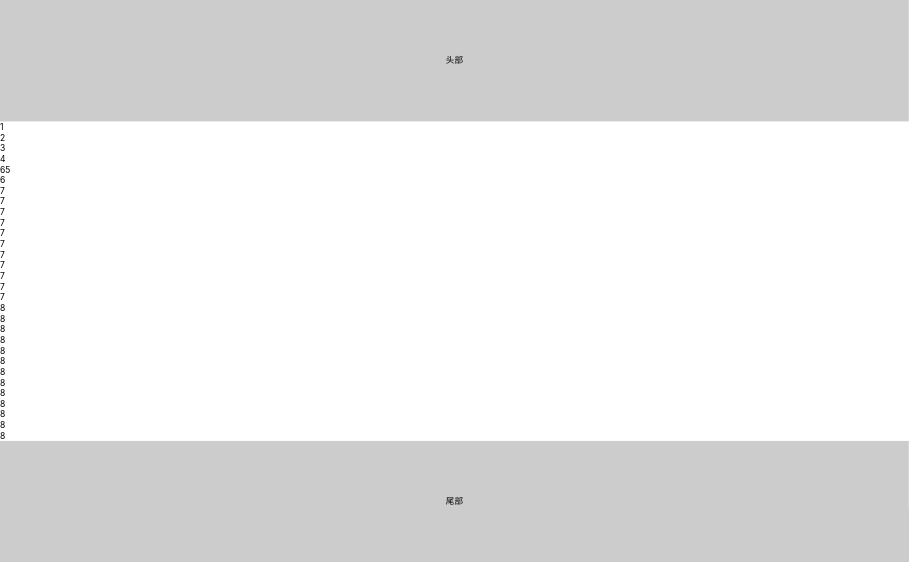
Repository: zjb17395046959/h5-
Page: index.html
The author's editor kept a copy of each file at every save. The page is drawn from the files as they stood at one save, then again after a run of saves.
The browser window is 1280 px wide. The pictures show the whole page, at 71% of full size.
The style sheet was rebuilt from its Sass, Less or Tailwind sources for each picture, by a compiler version that may differ from the author's.

Above is the page before, as saved 2020-09-14 16:00:00.

### index.html
<!DOCTYPE html>
<html lang="en">
<head>
    <meta charset="utf-8">
    <meta content="yes" name="apple-mobile-web-app-capable" />
    <meta content="yes" name="apple-touch-fullscreen" />
    <meta content="telephone=no,email=no" name="format-detection" />
    <meta name="viewport" content="initial-scale=1, maximum-scale=1, minimum-scale=1, user-scalable=no">
    <title>头尾固定，中间超出隐藏</title>
    <link rel="stylesheet" href="./css/reset.css">
    <link rel="stylesheet" href="./css/index.css">
    <script src="./js/jquery-2.1.3.min.js"></script>
    <script src="./js/flexible.js"></script>
    <script src="./js/util.js"></script>
</head>
<body>
    <!-- 布局开始 -->
    <div id="wrap">
        <!-- 头部布局 -->
        <header>头部</header>
        <div class="content">
            <ul>
                <li>1</li>
                <li>2</li>
                <li>3</li>
                <li>4</li>
                <li>65</li>
                <li>6</li>
                <li>7</li>
                <li>7</li>
                <li>7</li>
                <li>7</li>
                <li>7</li>
                <li>7</li>
                <li>7</li>
                <li>7</li>
                <li>7</li>
                <li>7</li>
                <li>7</li>
                <li>8</li>
                <li>8</li>
                <li>8</li>
                <li>8</li>
                <li>8</li>
                <li>8</li>
                <li>8</li>
                <li>8</li>
                <li>8</li>
                <li>8</li>
                <li>8</li>
                <li>8</li>
                <li>8</li>
            </ul>
        </div>
        <footer>尾部</footer>


<!-- 布局结束 -->
    </div>
</body>
</html>

### css/reset.css
/*清除外边距*/
body, h1, h2, h3, h4, h5, h6, hr, p, blockquote, figure, /*结构元素*/
dl, dt, dd, ul, ol, li, /*列表元素*/
fieldset, lengend, button, input, textarea, /*表单元素*/
th, td, /*表格元素*/
pre /*文本格式元素*/ {
    margin: 0;
    -webkit-tap-highlight-color:rgba(0,0,0,0);
    -webkit-tap-highlight-color: transparent;
}
/*清除内边距*/
ul, ol, menu, td, input{
    padding: 0;
}
/*重置列表元素*/
ul, ol {
    list-style: none;
}
/*将字体扶正*/
address, cite, dfn, em, var {
    font-style: normal;
}
/*清下划线*/
a {
    text-decoration: none;
    color: black;
}
/*鼠标略过a标签，显示下划线*/
a:hover {
    /*text-decoration: underline;*/
}
/*清浮动*/
.clear:after {
    content: '';
    display: block;
    clear: both;
}

.fl{
    float: left;
}

.fr {
    float: right;
}

input,textarea{
    border: none;
    outline:none;

}
input[type="button"],button{
    -moz-appearance: none;
    -webkit-appearance: none;
    border-radius: 0;/*解决ios上输入框圆角问题*/
}


input[type="text"]:focus,input[type="number"]:focus,input[type="tel"]:focus {
    -webkit-box-shadow: 0 0 0 1000px white inset !important;
}
input[type="text"]:-webkit-autofill,input[type="number"]:-webkit-autofill,input[type="tel"]:-webkit-autofill,
input[type="text"]:-webkit-autofill:focus,input[type="number"]:-webkit-autofill:focus,input[type="tel"]:-webkit-autofill:focus {
    -webkit-box-shadow: 0 0 0px 1000px white inset !important;
    background-color: #fff;
    transition: background-color 50000s ease-in-out 0s;
    -webkit-transition-delay: 99999s;
    -webkit-transition: color 99999s ease-out, background-color 99999s ease-out;
}

/* input:-webkit-autofill {
    -webkit-box-shadow: 0 0 0px 1000px white inset !important;
} */

::-webkit-scrollbar { width: 0  }

body {
    font-family: -apple-system, BlinkMacSystemFont, "PingFang SC","Helvetica Neue",STHeiti,"Microsoft Yahei",Tahoma,Simsun,sans-serif;
    -webkit-text-size-adjust: 100% !important;/*防止ios手机字体默认变大*/
}

### js/flexible.js
(function flexible (window, document) {
    var docEl = document.documentElement
    var dpr = window.devicePixelRatio || 1

    // adjust body font size
    function setBodyFontSize () {
      if (document.body) {
        document.body.style.fontSize = (12 * dpr) + 'px'
      }
      else {
        document.addEventListener('DOMContentLoaded', setBodyFontSize)
      }
    }
    setBodyFontSize();

    // set 1rem = viewWidth / 10
    function setRemUnit () {
      var rem = docEl.clientWidth / 10
      docEl.style.fontSize = rem + 'px'
    }

    setRemUnit()

    // reset rem unit on page resize
    window.addEventListener('resize', setRemUnit)
    window.addEventListener('pageshow', function (e) {
      if (e.persisted) {
        setRemUnit()
      }
    })

    // detect 0.5px supports
    if (dpr >= 2) {
      var fakeBody = document.createElement('body')
      var testElement = document.createElement('div')
      testElement.style.border = '.5px solid transparent'
      fakeBody.appendChild(testElement)
      docEl.appendChild(fakeBody)
      if (testElement.offsetHeight === 1) {
        docEl.classList.add('hairlines')
      }
      docEl.removeChild(fakeBody)
    }

    var viewport = document.querySelector("meta[name=viewport]");
        var dpr = window.devicePixelRatio || 1;
        var scale = 1 / dpr;
        //下面是根据设备dpr设置viewport
        viewport.setAttribute(
            "content",
            "width=device-width,initial-scale=" +
            scale +
            ", maximum-scale=" +
            scale +
            ", minimum-scale=" +
            scale +
            ", user-scalable=no"
        );

  }(window, document))

### js/util.js
$(function(){

        /**
     * ajax封装
     * url 发送请求的地址
     * data 发送到服务器的数据，数组存储
     * isLoading 是否显示loading
     * dataType 预期服务器返回的数据类型，常用的如：xml、html、json、text
     * successfn 成功回调函数
     * errorfn 失败回调函数
     */
    var loadNum = 0;
    jQuery.axspost=function(url, data,isLoading,successfn,errorfn) {

        $.ajax({
            type: "POST",
            data: data,
            url: "http://10.6.4.154:8081/app/v6/membersExchange/"+url,
            dataType: "json",
            beforeSend:function(){
                if(isLoading){
                    loadNum++;
                    $(".loading").show();
                }

            },
            success: function(d){
                console.log("成功",d)
                if(d.result == "000"){
                    successfn(d);
                }else{
                    console.log(d)
                    if(typeof errorfn === "function"){
                        errorfn("success",d);
                    }else{
                        $.toast(d.msg);
                    }
                }
            },
            error: function(e){
                console.log("失败",e)
                if(typeof errorfn === "function"){
                    errorfn("error",e);
                }else{
                    toast("请求出错！");
                    console.log(e)
                }

            },
            complete:function(e){
                if(isLoading){
                    loadNum--
                    if(loadNum === 0){
                        $(".loading").hide();
                    }
                }

            }
        });
    };

    jQuery.toast=function(msg, duration) {
        duration = isNaN(duration) ? 2000 : duration;
        var m = document.createElement('div');
        m.innerHTML = msg;
        m.setAttribute("class", "toast");

        m.style.cssText = "font-family:siyuan;padding:1.5vw  3.0557333vw;color: rgb(255, 255, 255);line-height: 5.7306667vw;text-align: center;border-radius: 0.8730667vw;position: fixed;top: 50%;left: 50%;transform: translate(-50%, -50%);z-index: 999999;background: rgba(0, 0, 0,.7);font-size:  3.4922667vw;word-break:break-all;";
        if(msg.length > 10){
            m.style.cssText+="min-width: 62%;"
        }
        document.body.appendChild(m);
        setTimeout(function() {
            var d = 0.5;
            m.style.webkitTransition = '-webkit-transform ' + d + 's ease-in, opacity ' + d + 's ease-in';
            m.style.opacity = '0';
            setTimeout(function() {
                document.body.removeChild(m)
            }, d * 1000);
        }, duration);
    }

  //校验手机号
  jQuery.PhoneNumberVerify=function(tel) {
    if(tel != ""){
        var reg =/^0?1[3|4|5|6|7|8|9][0-9]\d{8}$/;
        return reg.test(tel);
    }
  };

    //校验邮箱
    jQuery.emailVerify=function(email) {
        if (email != "") {
            var reg = /^\w+((-\w+)|(\.\w+))*\@[A-Za-z0-9]+((\.|-)[A-Za-z0-9]+)*\.[A-Za-z0-9]+$/;
            return reg.test(email);

        };
    };

     //保留两位小数
     jQuery.returnFloat=function(value){
        var value=Math.round(parseFloat(value)*100)/100;
        var xsd=value.toString().split(".");
        if(xsd.length==1){
            value=value.toString()+".00";
            return value;
        }
        if(xsd.length>1){
        if(xsd[1].length<2){
            value=value.toString()+"0";
        }
        return value;
        }
    }

    jQuery.add = function (arg1, arg2, d) {
        arg1 = arg1.toString(), arg2 = arg2.toString();
        var arg1Arr = arg1.split("."),
            arg2Arr = arg2.split("."),
            d1 = arg1Arr.length == 2 ? arg1Arr[1] : "",
            d2 = arg2Arr.length == 2 ? arg2Arr[1] : "";
        var maxLen = Math.max(d1.length, d2.length);
        var m = Math.pow(10, maxLen);
        var result = Number(((arg1 * m + arg2 * m) / m).toFixed(maxLen));
        var d = arguments[2];
        return typeof d === "number" ? Number((result).toFixed(d)) : result;
    }

    jQuery.accSub = function (arg1, arg2) {
        var r1, r2, m, n;
        try {
            r1 = arg1.toString().split(".")[1].length
        } catch (e) {
            r1 = 0
        };
        try {
            r2 = arg2.toString().split(".")[1].length
        } catch (e) {
            r2 = 0
        };
        m = Math.pow(10, Math.max(r1, r2));
        // 动态控制精度长度
        n = (r1 >= r2) ? r1 : r2;
        return ((arg1 * m - arg2 * m) / m).toFixed(n);
    }
    //乘法
    jQuery.accMul = function (arg1, arg2) {
        var m = 0,
            s1 = arg1.toString(),
            s2 = arg2.toString();
        try {
            m += s1.split(".")[1].length
        } catch (e) {};
        try {
            m += s2.split(".")[1].length
        } catch (e) {};
        return Number(s1.replace(".", "")) * Number(s2.replace(".", "")) / Math.pow(10, m);
    }

    //android禁止微信浏览器调整字体大小
   if (typeof WeixinJSBridge == "object" && typeof WeixinJSBridge.invoke == "function") {
       handleFontSize();
   } else {
       if (document.addEventListener) {
           document.addEventListener("WeixinJSBridgeReady", handleFontSize, false);
       } else if (document.attachEvent) {
           document.attachEvent("WeixinJSBridgeReady", handleFontSize);
           document.attachEvent("onWeixinJSBridgeReady", handleFontSize);  }
   }
   function handleFontSize() {
       // 设置网页字体为默认大小
       WeixinJSBridge.invoke('setFontSizeCallback', { 'fontSize' : 0 });
       // 重写设置网页字体大小的事件
       WeixinJSBridge.on('menu:setfont', function() {
           WeixinJSBridge.invoke('setFontSizeCallback', { 'fontSize' : 0 });
       });
   }
});

### css/index.less
@baseWidth:750;
.vw(@name,@px){
    @{name}:(@px / @baseWidth )* 100vw;
}
.longVw(@name,@a,@b,@c,@d){
    @{name}:( @a / @baseWidth)* 100vw ( @b / @baseWidth)* 100vw ( @c / @baseWidth)* 100vw ( @d / @baseWidth)* 100vw
}
#wrap{
    width: 100%;
    height: 100%;
    display: flex;
    flex-direction: column;
    header,footer{
        .vw(height,100);
        .vw(line-height,100);
        text-align: center;
        background:#ccc;
    }
    .content{
        flex: 1;
        overflow: auto;
        ul{
            li{

            }
        }
    }
    footer{

    }
}

Loaded but not shown: js/jquery-2.1.3.min.js (library)

After the next 4 saves:
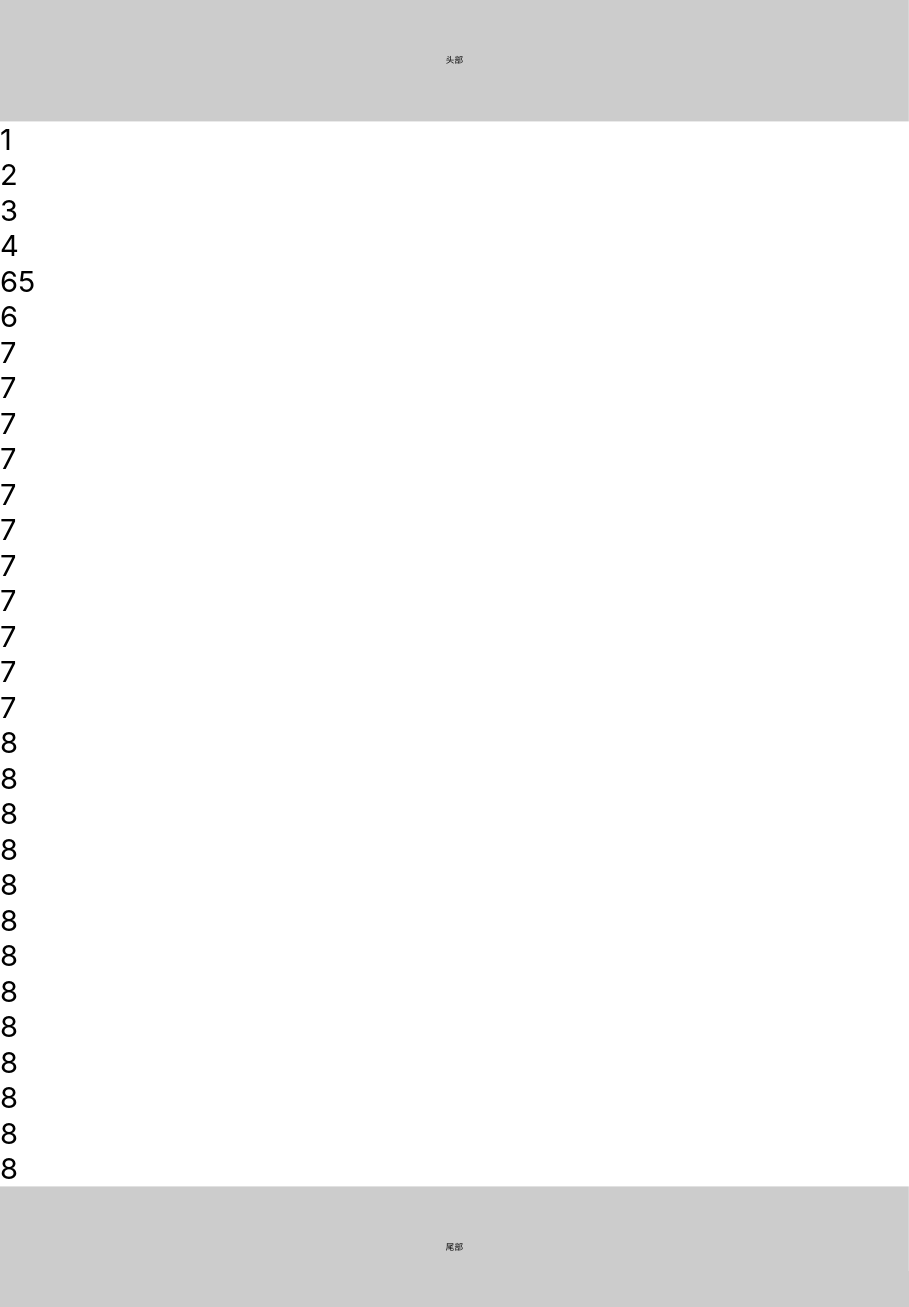
The 4 saves are shown as one change because they came seconds apart.
The last was saved 12 s later.
--- a/css/index.less
+++ b/css/index.less
@@ -21,7 +21,7 @@
         overflow: auto;
         ul{
             li{
-
+                .vw(font-size,24);
             }
         }
     }
